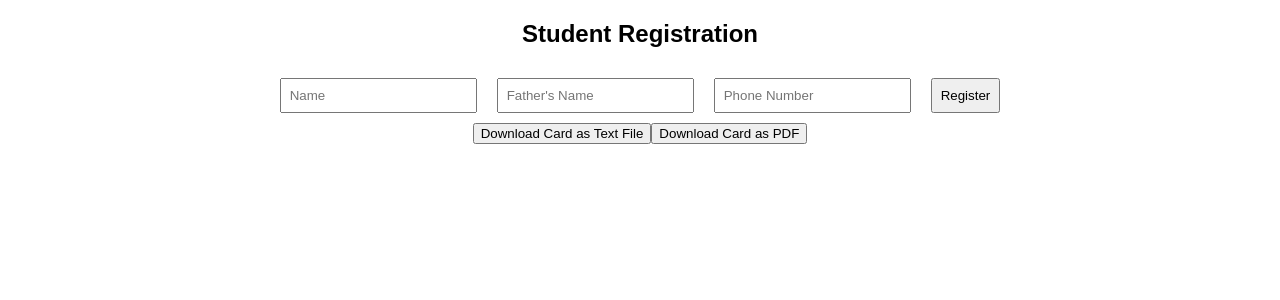
Repository: pripriya09/StudentID-Card-Download
Page: / (app in frontend/)
An editor plug-in stored every save of this project. The page is shown before and after the next save, followed by the edit.
The browser window is 1280 px wide. The pictures show the whole page.
The project was rebuilt for these pictures with package versions that can differ from the ones it lists, and the page was loaded fresh each time. Also part of the build but not shown: frontend/vite.config.js.

Above is the page before, as saved 2025-01-07 11:47:17.

After the next save:
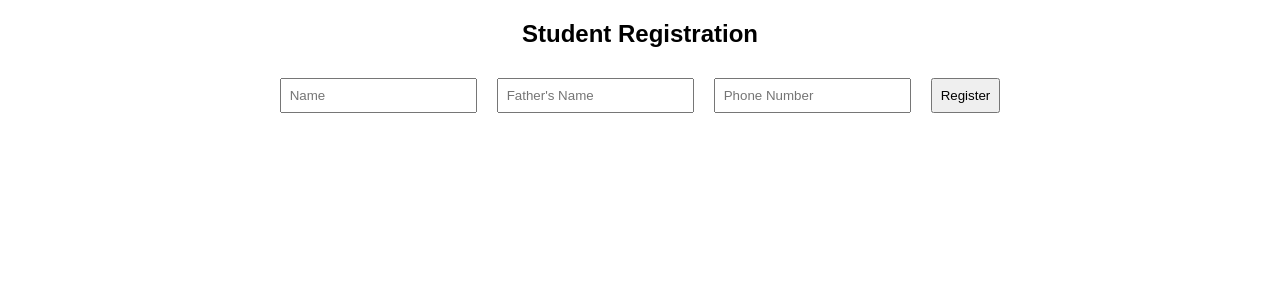
Saved 21 s later.
--- a/frontend/src/Form.jsx
+++ b/frontend/src/Form.jsx
@@ -1,30 +1,31 @@
 import React, { useState } from "react";
 import axios from "axios";
-import "./App.css";
+import "./App.css"
 import jsPDF from "jspdf";
-
 const Form = () => {
   const [formData, setFormData] = useState({
     name: "",
     fatherName: "",
     phoneNumber: "",
   });
+  const [registrationNumber, setRegistrationNumber] = useState("");
   const [studentData, setStudentData] = useState(null);
+
 
   const handleSubmit = async (e) => {
     e.preventDefault();
 
     try {
-      const response = await axios.post(
-        "http://localhost:6009/api/students",
-        formData
-      );
+
+      const response = await axios.post("http://localhost:6009/api/students", formData);
       const result = response.data;
+
 
       setStudentData({
         ...formData,
         registrationNumber: result.registrationNumber,
       });
+
 
       setFormData({
         name: "",
@@ -40,8 +41,48 @@ const Form = () => {
     setFormData({ ...formData, [e.target.name]: e.target.value });
   };
 
-  const handleDownloadText = () => {
+
+//   const handleSearch = async (e) => {
+//     e.preventDefault();
+
+//     try {
+//       const response = await axios.get(`http://localhost:6009/api/students/${registrationNumber}`);
+//       const result = response.data;
+
+
+//       if (result) {
+//         setStudentData(result);
+//       } else {
+//         alert("Student not found!");
+//       }
+
+//       setRegistrationNumber("");
+//     } catch (error) {
+//       console.error("Error fetching data:", error);
+//     }
+//   };
+
+//  const handleDownload = () => {
+//     if (studentData) {
+//       const fileData = JSON.stringify(studentData, null, 2);
+//       const blob = new Blob([fileData], { type: "application/json" });
+//       const link = document.createElement("a");
+//       link.href = URL.createObjectURL(blob);
+//       link.download = `${studentData.registrationNumber}_ID_Card.json`; // Filename based on registration number
+//       link.click();
+
+//       setFormData({
+//         name: "",
+//         fatherName: "",
+//         phoneNumber: "",
+//       });
+//       setStudentData(null);
+//     }
+//   };
+
+  const handleDownloadtext = () => {
     if (studentData) {
+
       const fileData = `
         Name: ${studentData.name}
         Father's Name: ${studentData.fatherName}
@@ -53,27 +94,38 @@ const Form = () => {
       link.href = URL.createObjectURL(blob);
       link.download = `${studentData.registrationNumber}_ID_Card.txt`;
       link.click();
+
+      setFormData({
+        name: "",
+        fatherName: "",
+        phoneNumber: "",
+      });
+      setStudentData(null);
     }
   };
 
-  const handleDownloadPDF = () => {
+
+  function handleDownloadPDF() {
     if (studentData) {
-      const pdf = new jsPDF();
+      let PDFdocument = new jsPDF();
       const studentInfo = `
         Student ID Card
         Name: ${studentData.name}
         Father's Name: ${studentData.fatherName}
         Phone: ${studentData.phoneNumber}
-        Registration Number: ${studentData.registrationNumber}`;
+        Registration Number: ${studentData.registrationNumber}
+      `;
 
-      pdf.text(studentInfo, 10, 10);
-      pdf.save(`${studentData.registrationNumber}_ID_Card.pdf`);
+      PDFdocument.text(studentInfo, 10, 10);
+      PDFdocument.save(`${studentData.registrationNumber}_ID_Card.pdf`);
+      PDFdocument = null;
     }
-  };
+  }
 
   return (
     <div className="App">
       <h2>Student Registration</h2>
+
 
       <form onSubmit={handleSubmit}>
         <input
@@ -103,41 +155,31 @@ const Form = () => {
         <button type="submit">Register</button>
       </form>
 
+
+      {/* <h2>Search by Registration Number</h2>
+      <form onSubmit={handleSearch}>
+        <input
+          type="text"
+          placeholder="Enter Registration Number"
+          value={registrationNumber}
+          onChange={(e) => setRegistrationNumber(e.target.value)}
+          required
+        />
+        <button type="submit">Search</button>
+      </form> */}
+{/* --------------------------------------------------display data -->> */}
       {studentData && (
-        <div className="student_id">
-          <div className="top_section">
-            <div className="profile_photo">
-              <img
-                src="https://pngimage.net/wp-content/uploads/2018/06/white-menu-icon-png-8.png"
-                alt="Profile Photo"
-              />
-            </div>
-            <div className="student_name">
-              <ul className="student_info">
-                <li className="name">Name: {studentData.name}</li>
-                <li className="name">
-                  Father's Name: {studentData.fatherName}
-                </li>
-              </ul>
-            </div>
-          </div>
-
-          <div className="bottom_section">
-            <div className="student_details">
-              <ul>
-                <li>
-                  <span className="bold">ID:</span>{" "}
-                  {studentData.registrationNumber}
-                </li>
-              </ul>
-            </div>
-          </div>
+        <div className="id-card">
+          <h3>ID Card</h3>
+          <p>Name: {studentData.name}</p>
+          <p>Father's Name: {studentData.fatherName}</p>
+          <p>Phone Number: {studentData.phoneNumber}</p>
+          <p>Registration Number: {studentData.registrationNumber}</p>
+          {/* <button onClick={handleDownload}>Download ID Card</button> */}
+           <button onClick={handleDownloadtext}>Download Card In txtfile</button>
+           <button onClick={handleDownloadPDF}>Download Card In PDF</button>
         </div>
       )}
-      <div className="buttons">
-        <button onClick={handleDownloadText}>Download Card as Text File</button>
-        <button onClick={handleDownloadPDF}>Download Card as PDF</button>
-      </div>
     </div>
   );
 };
